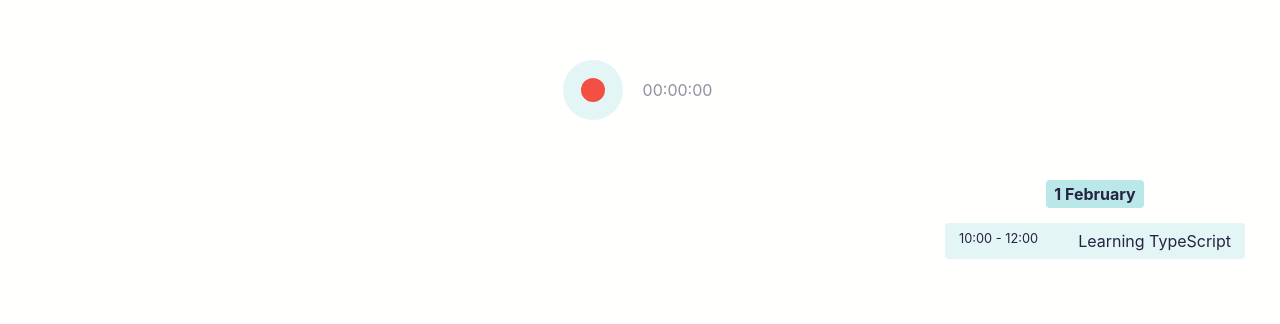
Repository: milosKomiRajkovic94/typescript-react-redux-example
Page: /
The author's editor kept a copy of each file at every save. The page is drawn from the files as they stood at one save, then again after the next save.
The browser window is 1280 px wide. The pictures show the whole page.
The project was rebuilt for these pictures with package versions that can differ from the ones it lists, and the page was loaded fresh each time. Also part of the build but not shown: src/components/App/App.css.

Above is the page before, as saved 2020-04-10 17:52:36.

After the next save:
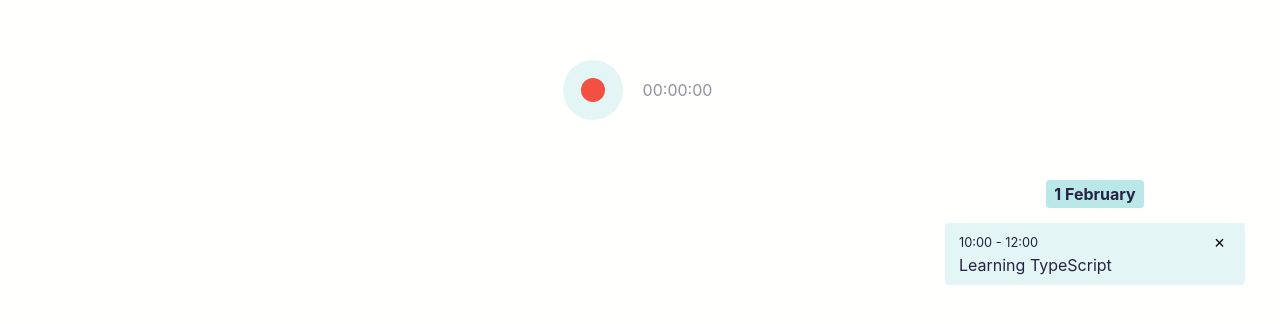
Saved 97 s later.
--- a/src/components/Calendar/Calendar.tsx
+++ b/src/components/Calendar/Calendar.tsx
@@ -20,15 +20,24 @@ const Calendar: React.FC = () => {
                         className={'calendar-event'}
                     >
                         <div
-                            className={'calendar-event-time'}
+                            className={'calendar-event-info'}
                         >
-                            10:00 - 12:00
+                            <div
+                                className={'calendar-event-time'}
+                            >
+                                10:00 - 12:00
+                            </div>
+                            <div
+                                className={'calendar-event-title'}
+                            >
+                                Learning TypeScript
+                            </div>
                         </div>
-                        <div
-                            className={'calendar-event-title'}
+                        <button
+                            className={'calendar-event-delete-button'}
                         >
-                            Learning TypeScript
-                        </div>
+                            &times;
+                        </button>
                     </div>
                 </div>
             </div>
